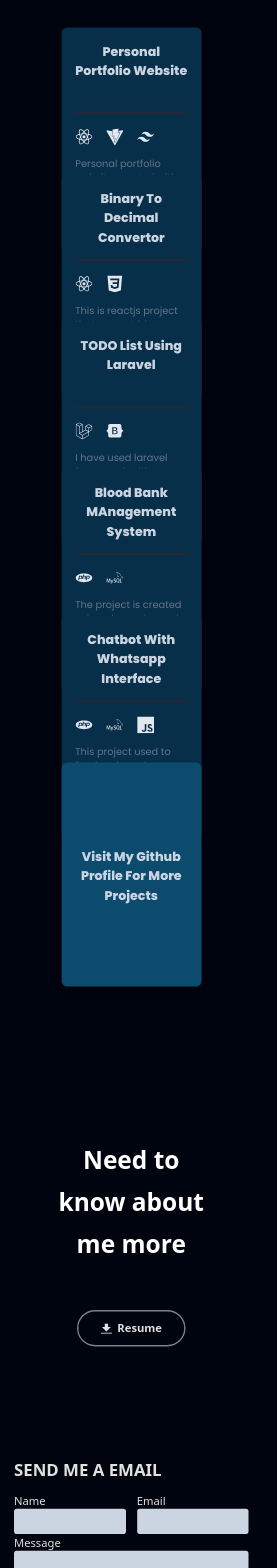
Repository: sibi24sibi/MyPersonalPortfolio
Page: /
The author's editor kept a copy of each file at every save. The page is drawn from the files as they stood at one save, then again after the next save.
The browser window is 375 px wide. The page is 395 px wide, so the pictures cover 395 px, including what lies to the right of the window. The pictures show the part of the page from y = 2178 to 4418 px (the page is 4696 px tall before and 5346 px after), at 70% of full size.
The project was rebuilt for these pictures with package versions that can differ from the ones it lists, and the page was loaded fresh each time. Also part of the build but not shown: vite.config.js, src/components/Menu.jsx, src/components/Footer.jsx.

Above is the page before, as saved 2024-05-03 20:31:39.

After the next save:
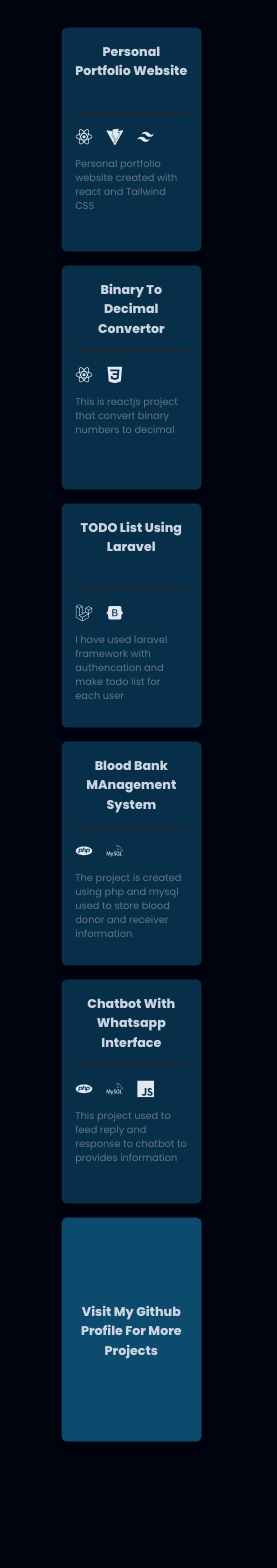
Saved 16 s later.
--- a/src/components/proj_style.css
+++ b/src/components/proj_style.css
@@ -40,8 +40,6 @@
   }
   .card:not(:first-child) {
     margin-left:auto;
-    margin-top: -120px;
-
   }
 
   .card:hover ~ .card {
